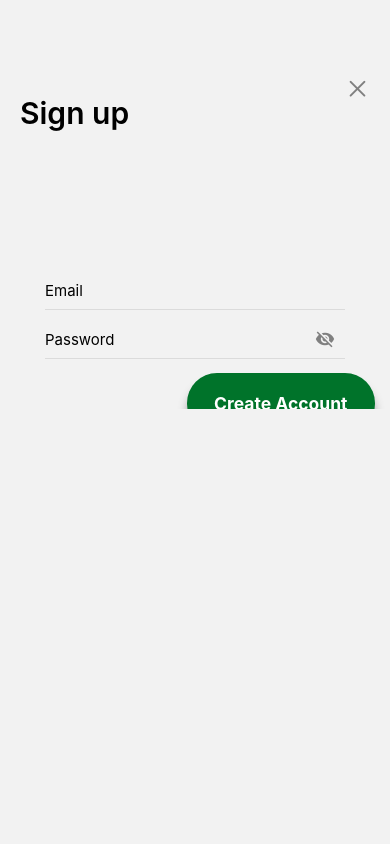
Repository: swholtzman/ReactNative-AWS-Tutorial
Screen: /JoinNow
These files come from the project's save history. The screen is drawn as it stood at one moment and after a run of saves; the edit follows.
The app was drawn by React Native's web renderer in a window 390 px wide. The project was rebuilt for these pictures with package versions that can differ from the ones it lists, and the page was loaded fresh each time. Also part of the build but not shown: screens/SignIn.js, screens/Main.js.

Above is the screen before, as saved 2024-04-06 16:25:57.

After the next 2 saves:
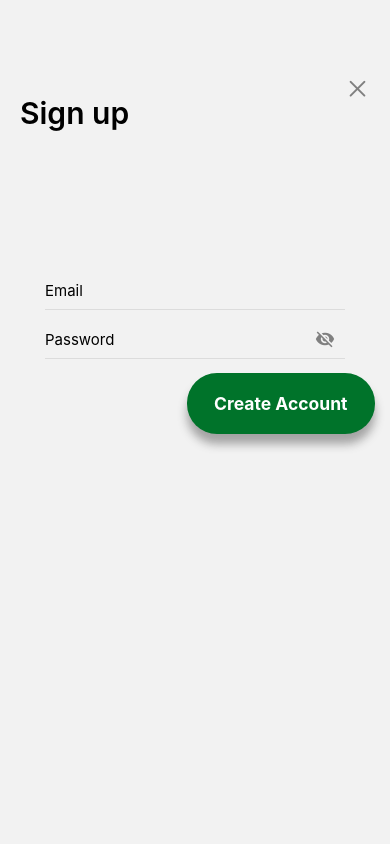
The 2 saves are shown as one change because they came seconds apart.
The last was saved 30 s later.
--- a/screens/JoinNow.js
+++ b/screens/JoinNow.js
@@ -47,7 +47,6 @@ export default function JoinNow() {
 
   return (
   <View style={styles.background}>
-    <ScrollView>
       <View style={styles.container}>
         <AntDesign
           name="close"
@@ -84,7 +83,6 @@ export default function JoinNow() {
 
         {/* TERMS SECTION ENDS */}
       </View>
-    </ScrollView>
   </View>
   );
 }
